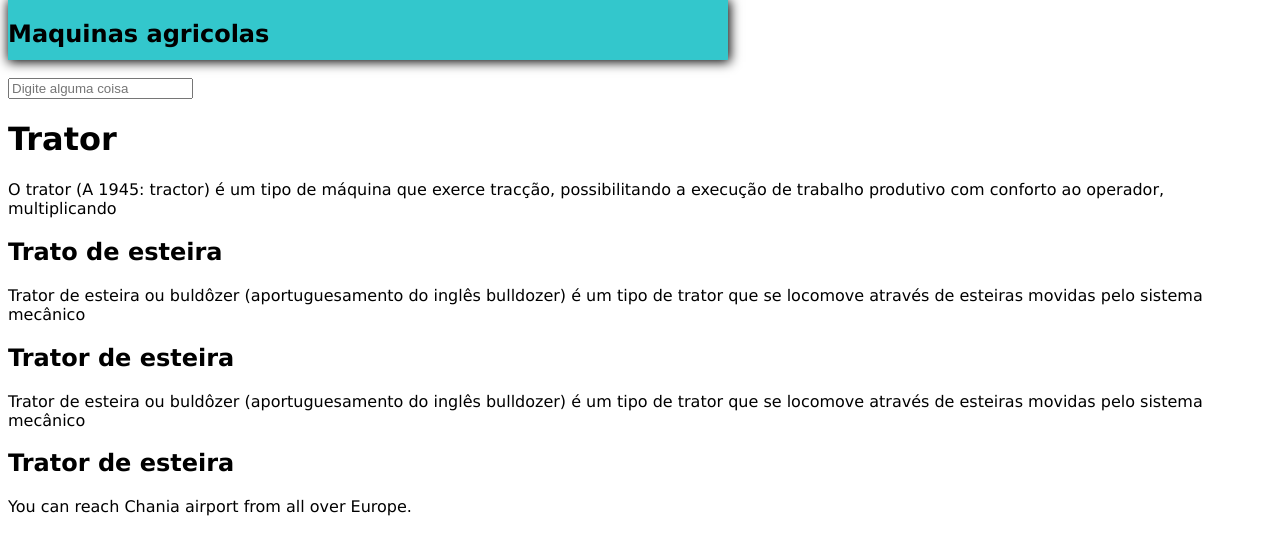
Repository: ecrseer/pesquisa-carros-html
Page: news.html
The author's editor kept a copy of each file at every save. The page is drawn from the files as they stood at one save, then again after the next save.
The browser window is 1280 px wide. The pictures show the whole page.

Above is the page before, as saved 2022-01-21 16:29:37.

After the next save:
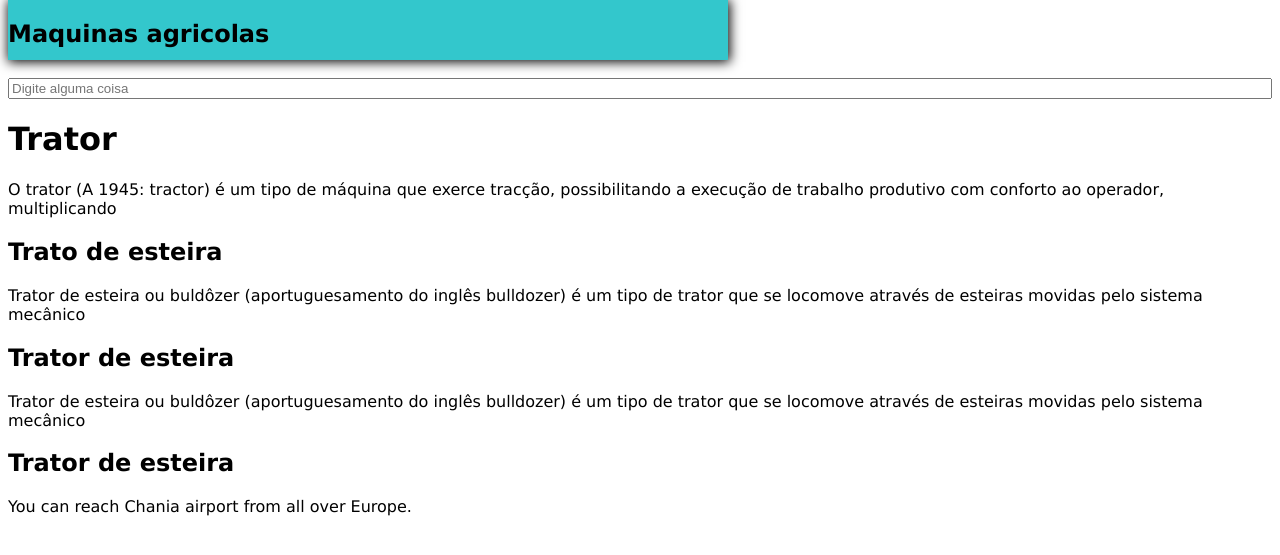
Saved 8 s later.
--- a/news.html
+++ b/news.html
@@ -21,7 +21,7 @@
       <div class="">
         <div class="espaco"></div>
         <div class="row">
-               <input type="text" placeholder="Digite alguma coisa">
+               <input type="text" class="row" placeholder="Digite alguma coisa">
         </div>
 
 

After the save that followed:
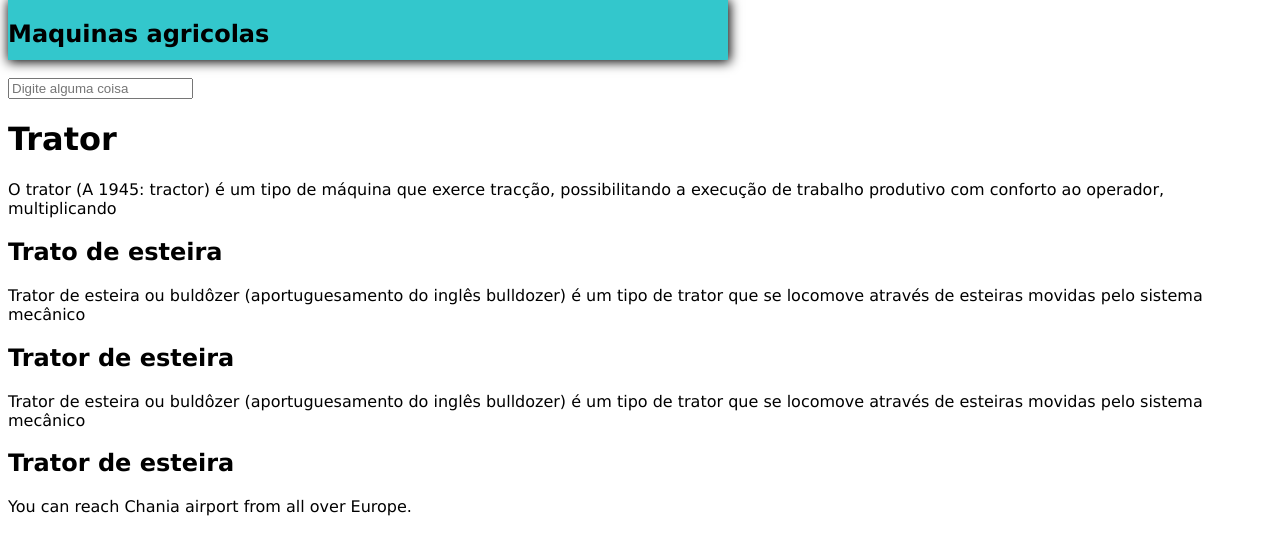
Saved 20 s later.
--- a/news.html
+++ b/news.html
@@ -21,7 +21,7 @@
       <div class="">
         <div class="espaco"></div>
         <div class="row">
-               <input type="text" class="row" placeholder="Digite alguma coisa">
+               <input type="text" class="maxwidth" placeholder="Digite alguma coisa">
         </div>
 
 
